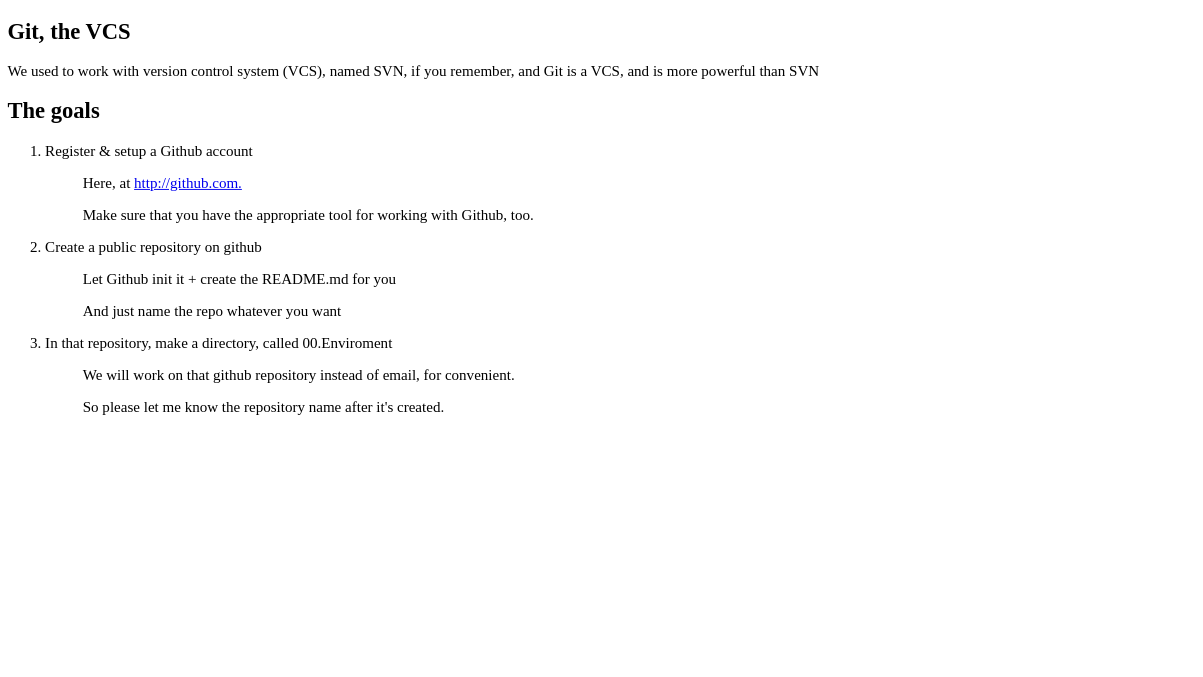
Repository: mrdo2010vn/00.enviroment
Page: 00.TestingEnviroment/emmet.html
An editor plug-in stored every save of this project. The page is shown before and after the next save, followed by the edit.
The browser window is 1280 px wide. The pictures show the whole page, at 94% of full size.

Above is the page before, as saved 2013-09-25 08:36:23.

### 00.TestingEnviroment/emmet.html
<!DOCTYPE html PUBLIC "-//W3C//DTD HTML 4.01 Transitional//EN" "http://www.w3.org/TR/html4/loose.dtd">
<html>
<head>
<meta http-equiv="Content-Type" content="text/html; charset=UTF-8">
<title>Insert title here</title>
</head>
<body>
	<div class="part">
		<div class="title">
			<h2><span class="underscore">Git</span>, the VCS</h2>
			<p>We used to work with version control system (VCS), named SVN, if you remember, and Git is a VCS, and is more powerful than SVN</p>
		</div>
		<div class="content">
			<h2>The goals</h2>
			<ol>
				<li>Register & setup a Github account
					<blockquote>
						<p>Here, at <a href="http://github.com">http://github.com.</a></p>
						<p>Make sure that you have the appropriate tool for working with Github, too.</p>
					</blockquote>
				</li>

				<li>Create a public repository on github
					<blockquote>
						<p>Let Github init it + create the <span class="bold">README.md</span> for you</p>
						<p>And just name the repo whatever you want</p>
					</blockquote>
				</li>
				<li>In that repository, make a directory, called <span class="bold italic">00.Enviroment</span>
					<blockquote>
						<p>We will work on that github repository instead of email, for convenient.</p>
						<p>So please let me know the repository name after it's created.</p>
					</blockquote>
				</li>
			</ol>
		</div>
	</div>
</body>
</html>

Loaded but not shown: 00.TestingEnviroment/css/style.css (common file)

After the next save:
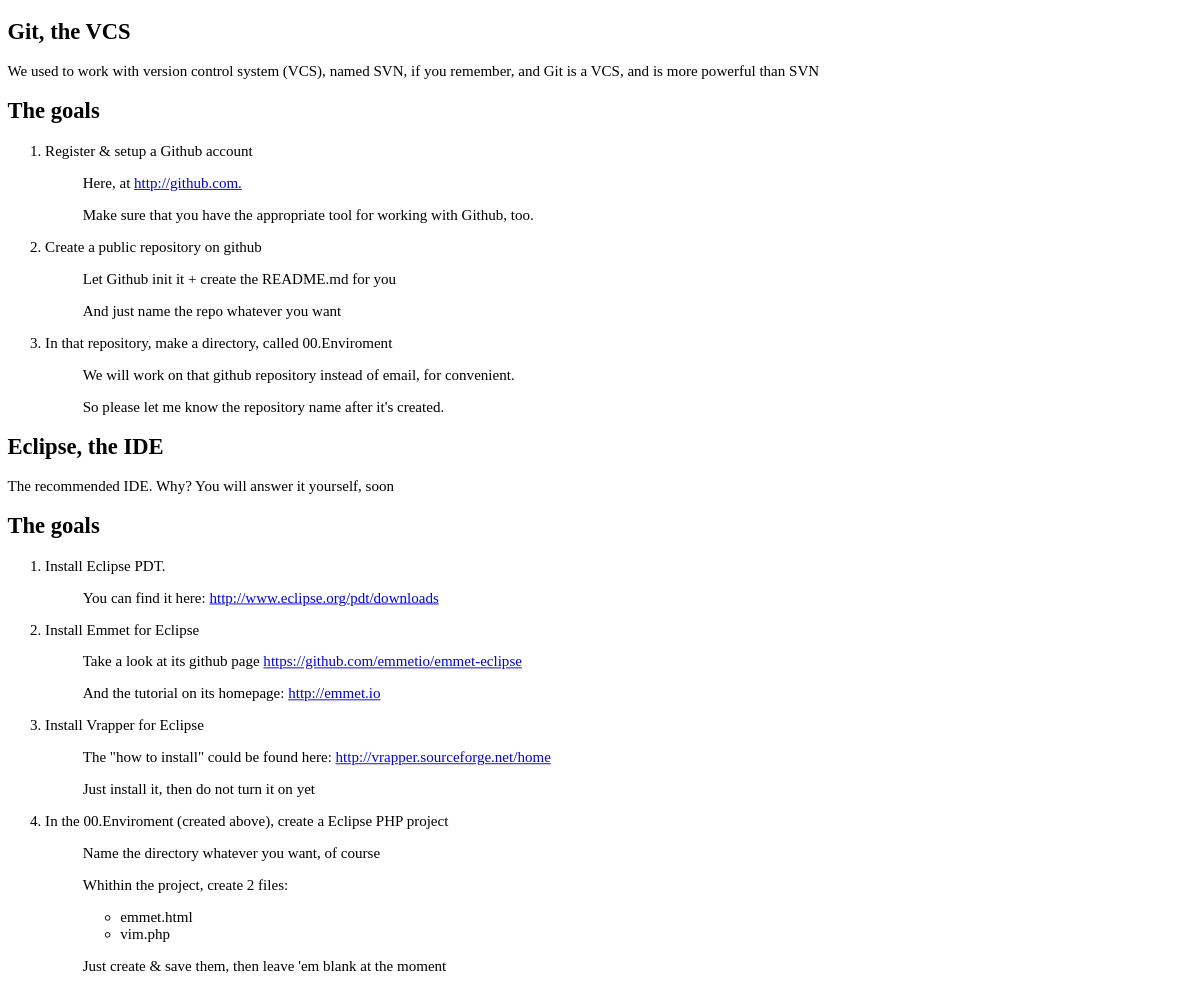
Saved 42 s later.
--- a/00.TestingEnviroment/emmet.html
+++ b/00.TestingEnviroment/emmet.html
@@ -2,38 +2,81 @@
 <html>
 <head>
 <meta http-equiv="Content-Type" content="text/html; charset=UTF-8">
-<title>Insert title here</title>
+<link rel="stylesheet" href="css/style.css" />
+<title>00.Enviroment</title>
 </head>
 <body>
 	<div class="part">
 		<div class="title">
 			<h2><span class="underscore">Git</span>, the VCS</h2>
 			<p>We used to work with version control system (VCS), named SVN, if you remember, and Git is a VCS, and is more powerful than SVN</p>
-		</div>
+		</div><!-- END .title -->
 		<div class="content">
 			<h2>The goals</h2>
 			<ol>
-				<li>Register & setup a Github account
+				<li><span class="italic">Register & setup a Github account</span>
 					<blockquote>
 						<p>Here, at <a href="http://github.com">http://github.com.</a></p>
 						<p>Make sure that you have the appropriate tool for working with Github, too.</p>
 					</blockquote>
 				</li>
 
-				<li>Create a public repository on github
+				<li><span class="italic">Create a public repository on github</span>
 					<blockquote>
 						<p>Let Github init it + create the <span class="bold">README.md</span> for you</p>
 						<p>And just name the repo whatever you want</p>
 					</blockquote>
 				</li>
-				<li>In that repository, make a directory, called <span class="bold italic">00.Enviroment</span>
+				<li><span class="italic">In that repository, make a directory, called</span> <span class="bold italic">00.Enviroment</span>
 					<blockquote>
 						<p>We will work on that github repository instead of email, for convenient.</p>
 						<p>So please let me know the repository name after it's created.</p>
 					</blockquote>
 				</li>
 			</ol>
-		</div>
-	</div>
+		</div><!-- END .content -->
+	</div><!-- END .part -->
+
+	<div class="part">
+		<div class="title">
+			<h2><span class="underscore">Eclipse</span>, the IDE</h2>
+			<p>The recommended IDE. Why? You will answer it yourself, soon</p>
+		</div><!-- END .title -->
+		<div class="content">
+			<h2>The goals</h2>
+			<ol>
+				<li><span class="italic">Install Eclipse PDT.</span>
+					<blockquote>
+						<p>You can find it here: <a href="http://www.eclipse.org/pdt/downloads">http://www.eclipse.org/pdt/downloads</a></p>
+					</blockquote>
+				</li>
+
+				<li><span class="italic">Install Emmet for Eclipse</span>
+					<blockquote>
+						<p>Take a look at its github page <a href="https://github.com/emmetio/emmet-eclipse">https://github.com/emmetio/emmet-eclipse</a></p>
+						<p>And the tutorial on its homepage: <a href="http://emmet.io">http://emmet.io</a></p>
+					</blockquote>
+				</li>
+				<li><span class="italic">Install Vrapper for Eclipse</span>
+					<blockquote>
+						<p>The "how to install" could be found here: <a href="http://vrapper.sourceforge.net/home">http://vrapper.sourceforge.net/home</a></p>
+						<p>Just install it, then <span class="bold">do not turn it on</span> yet</p>
+					</blockquote>
+				</li>
+				<li><span class="italic">In the <span class="bold">00.Enviroment</span> (created above), create a Eclipse PHP project</span>
+					<blockquote>
+						<p>Name the directory whatever you want, of course</p>
+						<p>Whithin the project, create 2 files:
+							<ul>
+								<li class="bold">emmet.html</li>
+								<li class="bold">vim.php</li>
+							</ul>
+						</p>
+						<p>Just create & save them, then leave 'em blank at the moment</p>
+					</blockquote>
+				</li>
+			</ol>
+		</div><!-- END .content -->
+	</div><!-- END .part -->
 </body>
 </html>
